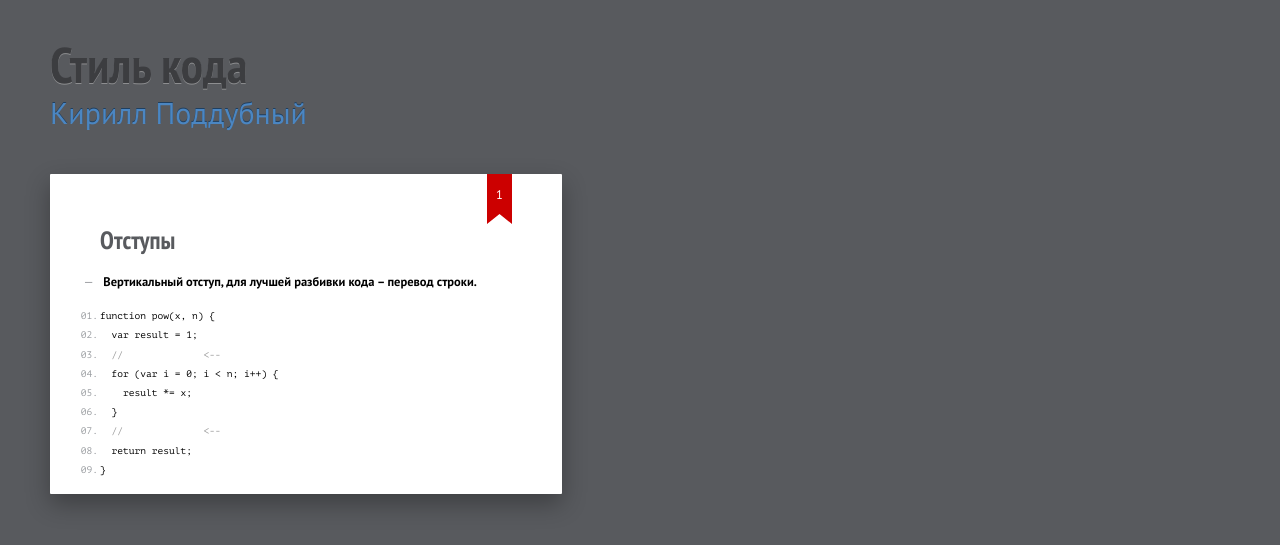
Repository: KirillPd/JS-Best-Practices
Page: index.html
An editor plug-in stored every save of this project. The page is shown before and after the next save, followed by the edit.
The browser window is 1280 px wide. The pictures show the whole page.

Above is the page before, as saved 2017-05-08 20:49:26.

### index.html
<!DOCTYPE html>
<html lang="ru">
<head>
	<title>Стиль кода</title>
	<meta charset="utf-8">
	<meta http-equiv="x-ua-compatible" content="ie=edge">
	<meta name="viewport" content="width=device-width, initial-scale=1, maximum-scale=1">
	<link rel="stylesheet" href="styles/screen-16x10.css">
</head>
<body class="shower list">
	<header class="caption">
		<h1>Стиль кода</h1>
		<p><a href="https://github.com/KirillPd" target="_blank">Кирилл Поддубный</a></p>
	</header>
	<section class="slide">
		<h2>Отступы</h2>
		<ul>
			<li>
				<b>Вертикальный отступ, для лучшей разбивки кода – перевод строки.</b>
			</li>
		</ul>
		<pre>
			<code>function pow(x, n) {</code>
			<code>  var result = 1;</code>
			<code><span class="comment">  //              <--</span></code>
			<code>  for (var i = 0; i < n; i++) {</code>
			<code>    result *= x;</code>
			<code>  }</code>
			<code><span class="comment">  //              <--</span></code>
			<code>  return result;</code>
			<code>}</code>
		</pre>
	</section>
	<script src="shower.min.js"></script>
	<!-- Copyright © 2017 Kirill Poddubnyi, JustCoded -->
</body>
</html>

Loaded but not shown: styles/screen-16x10.css (library); shower.min.js (library)

After the next save:
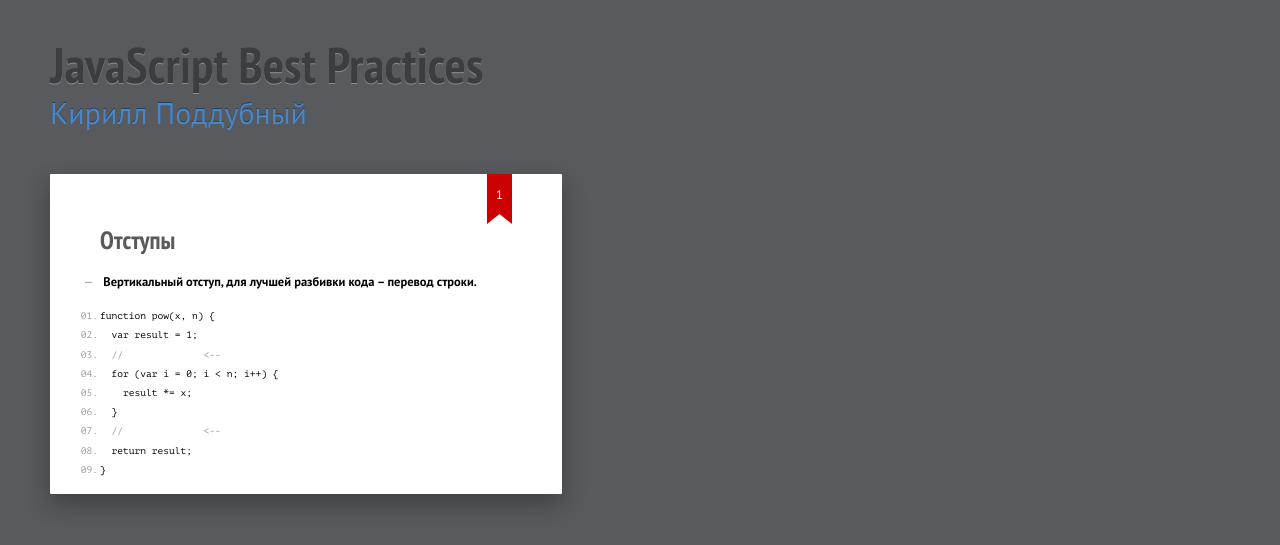
Saved 20 s later.
--- a/index.html
+++ b/index.html
@@ -1,7 +1,7 @@
 <!DOCTYPE html>
 <html lang="ru">
 <head>
-	<title>Стиль кода</title>
+	<title>JavaScript Best Practices</title>
 	<meta charset="utf-8">
 	<meta http-equiv="x-ua-compatible" content="ie=edge">
 	<meta name="viewport" content="width=device-width, initial-scale=1, maximum-scale=1">
@@ -9,7 +9,7 @@
 </head>
 <body class="shower list">
 	<header class="caption">
-		<h1>Стиль кода</h1>
+		<h1>JavaScript Best Practices</h1>
 		<p><a href="https://github.com/KirillPd" target="_blank">Кирилл Поддубный</a></p>
 	</header>
 	<section class="slide">
